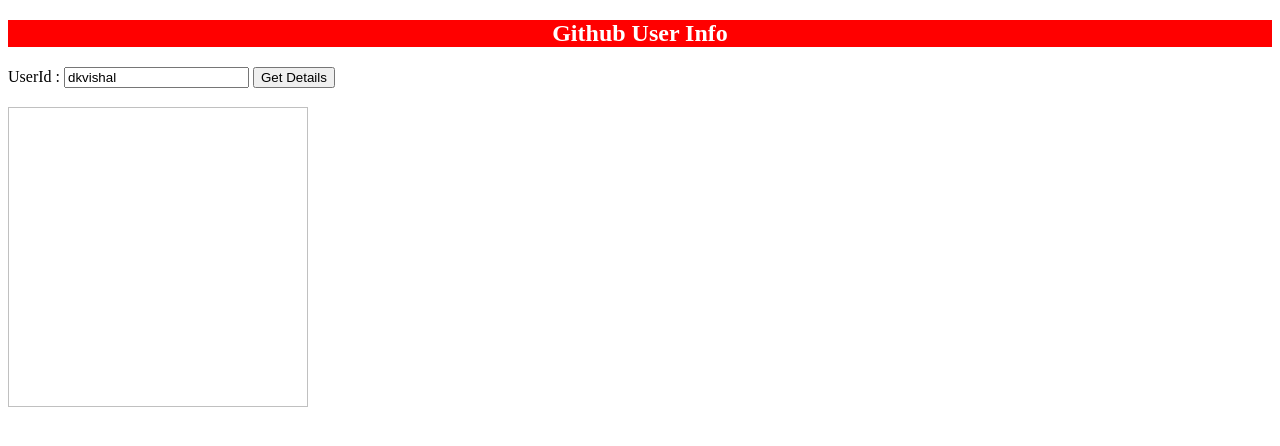
Repository: KrishnaDV/Angular_SPA
Page: Angular/WebContent/GitHubUserInfo.html
The author's editor kept a copy of each file at every save. The page is drawn from the files as they stood at one save, then again after the next save.
The browser window is 1280 px wide. The pictures show the whole page.
Some web libraries are served in a nearby version.

Above is the page before, as saved 2017-05-12 01:36:55.

After the next save:
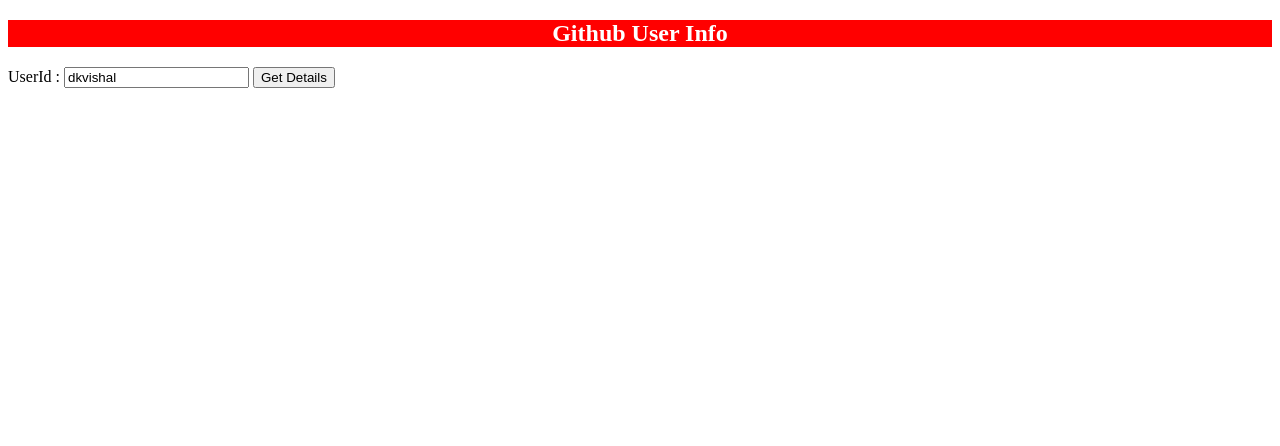
Saved 23 s later.
--- a/Angular/WebContent/GitHubUserInfo.html
+++ b/Angular/WebContent/GitHubUserInfo.html
@@ -37,7 +37,7 @@
 				</h2>
 				<h3>{{location}}</h3>
 				<h3>{{created}}</h3>
-				<img ng-src="{{imageurl}}" class="myimage" />
+				<img ng-src="{{imageurl}}" />
 		</div>
 
 		<div ng-show="error">Error : {{result}}</div>

After the save that followed:
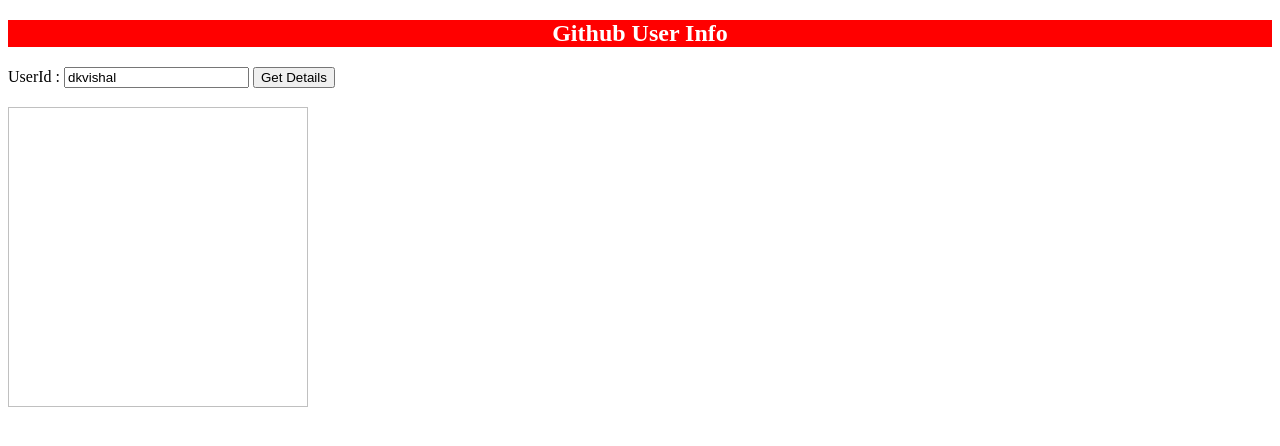
Saved 26 s later.
--- a/Angular/WebContent/GitHubUserInfo.html
+++ b/Angular/WebContent/GitHubUserInfo.html
@@ -37,7 +37,7 @@
 				</h2>
 				<h3>{{location}}</h3>
 				<h3>{{created}}</h3>
-				<img ng-src="{{imageurl}}" />
+				<img ng-src="{{imageurl}}" class="myimage" />
 		</div>
 
 		<div ng-show="error">Error : {{result}}</div>
